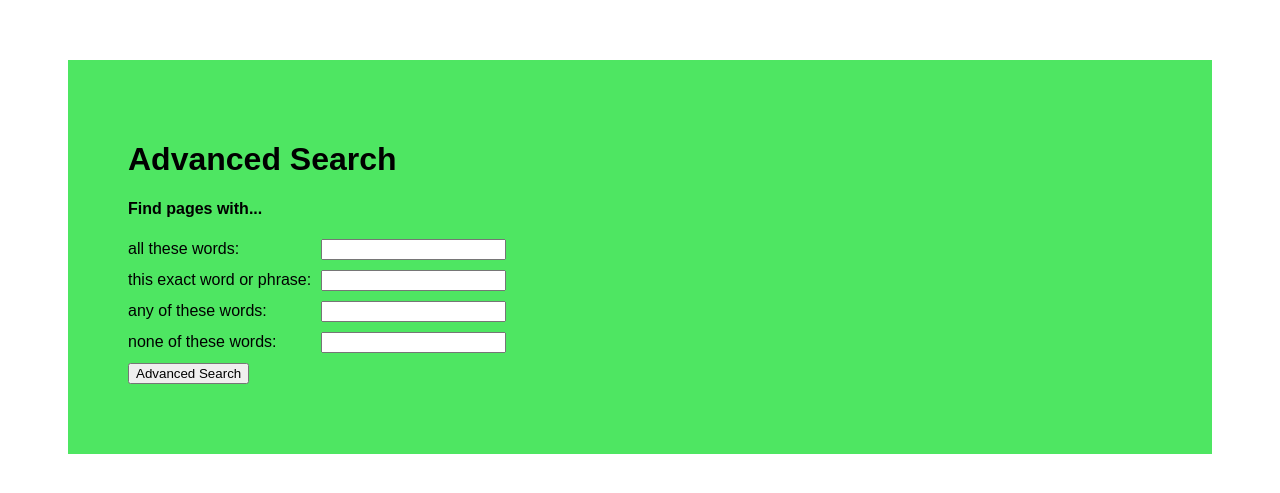
Repository: etentuk/search
Page: advanced_search.html
The author's editor kept a copy of each file at every save. The page is drawn from the files as they stood at one save, then again after the next save.
The browser window is 1280 px wide. The pictures show the whole page.

Above is the page before, as saved 2021-11-04 22:55:16.

After the next save:
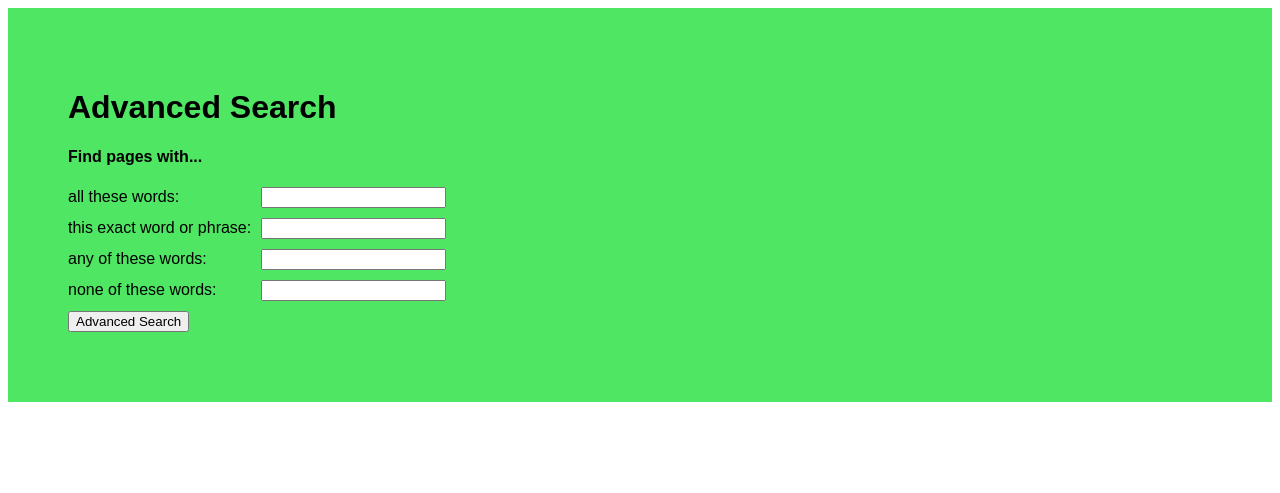
Saved 8 s later.
--- a/styles.css
+++ b/styles.css
@@ -25,5 +25,5 @@ label {
   background-color: rgb(78, 230, 98);
   height: 100%;
   padding: 60px;
-  margin: 60px;
-}
+  /* margin: 60px;
+} */
